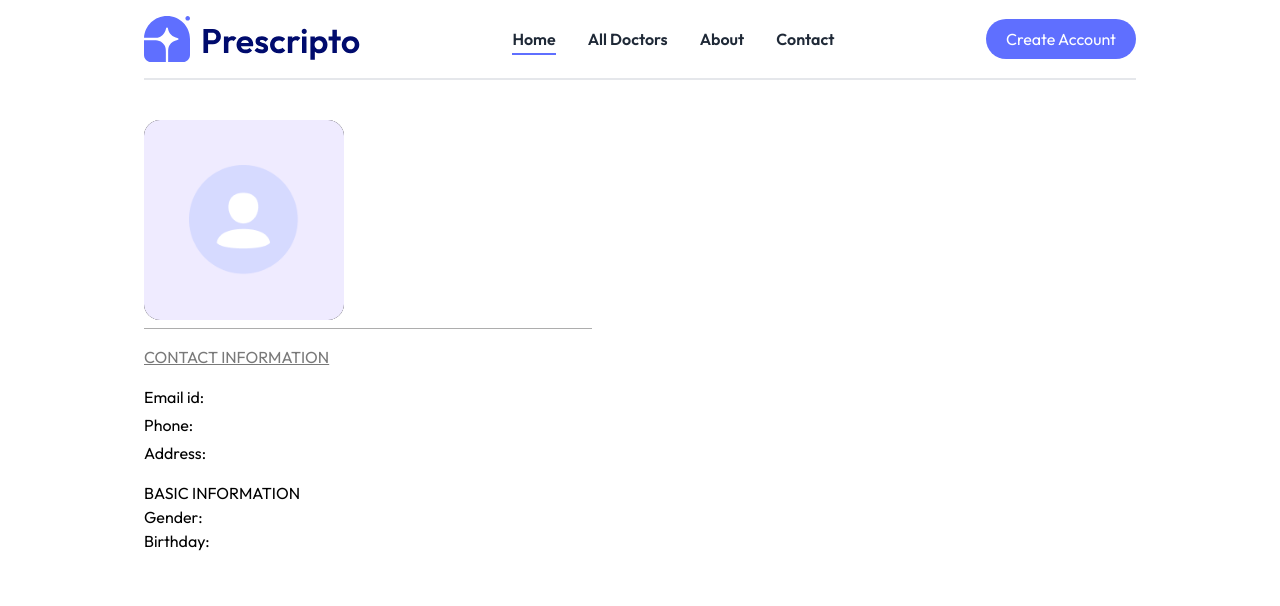
Repository: AzizHamdi99/Prescripto
Page: /profil (app in frontend/)
An editor plug-in stored every save of this project. The page is shown before and after the next save, followed by the edit.
The browser window is 1280 px wide. The pictures show the whole page.
The page's requests for data from a server got no answer. The project was rebuilt for these pictures with package versions that can differ from the ones it lists, and the page was loaded fresh each time. No one was signed in, and anything a server would have sent is missing. Also part of the build but not shown: frontend/vite.config.js, frontend/src/components/Hero.jsx, frontend/src/components/Speciality.jsx, frontend/src/components/DoctorCard.jsx, frontend/src/components/TopDoctors.jsx, frontend/src/components/Banner.jsx, frontend/src/components/Footer.jsx, frontend/src/pages/Home.jsx and 7 more.

Above is the page before, as saved 2025-01-15 18:38:00.

After the next save:
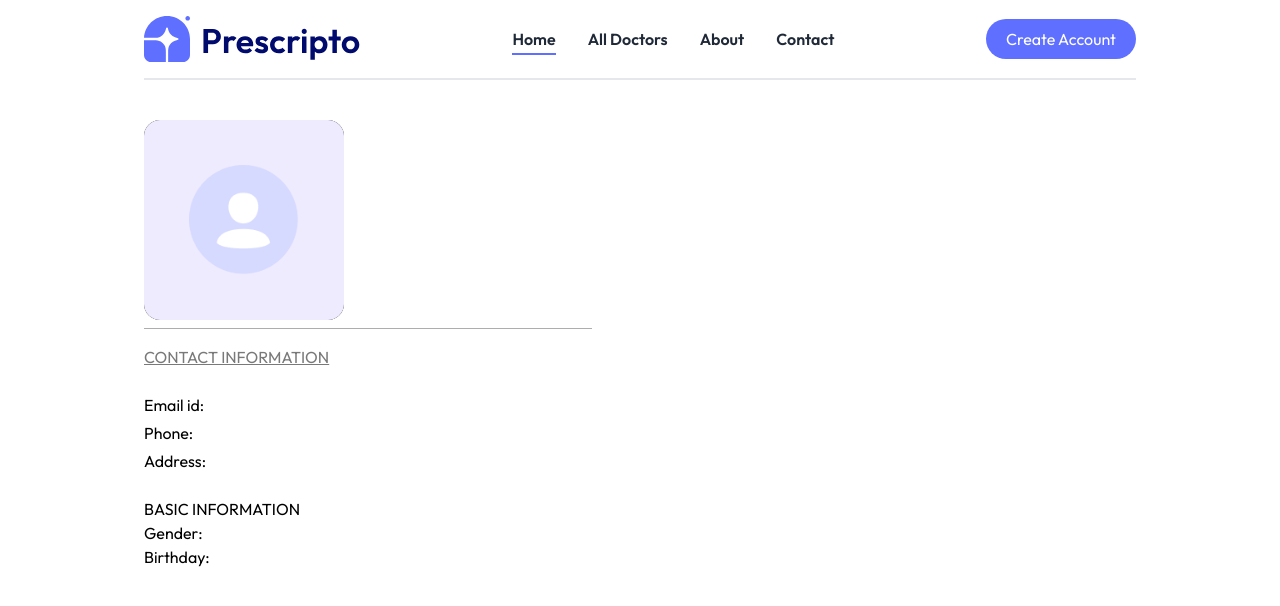
Saved 6 s later.
--- a/frontend/src/pages/Profile.jsx
+++ b/frontend/src/pages/Profile.jsx
@@ -50,7 +50,7 @@
       <h1 className="text-[32px] text-[#1F2937] font-[500]">{user.name}</h1>
     <div className="h-[1px] w-[40%] my-2 mb-4 bg-[#ADADAD]"></div>
       <p className="text-[16px] text-[#797979] underline font[400]">CONTACT INFORMATION</p>
-      <div className="flex gap-7 my-4">
+      <div className="flex gap-7 my-6">
         <div className="flex flex-col gap-1">
           <p>Email id:</p>
           <p>Phone:</p>
